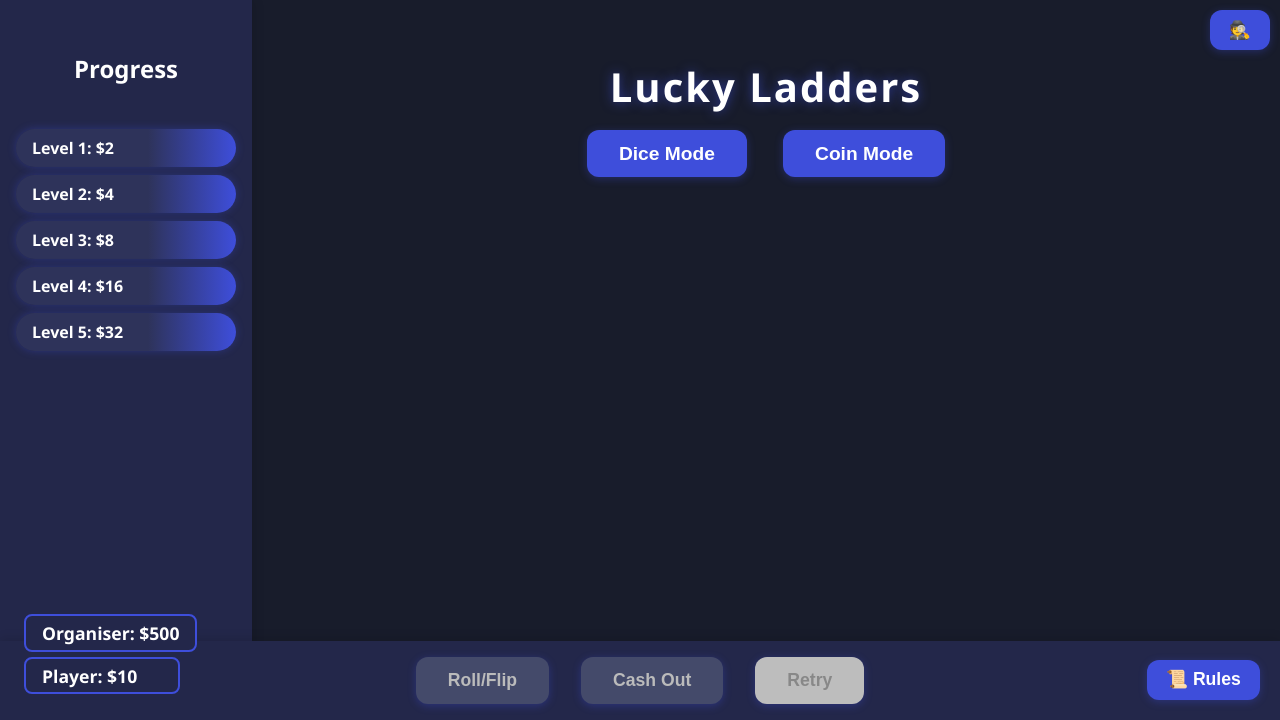
Repository: DrFez/luckyladders
Page: index.html
The author's editor kept a copy of each file at every save. The page is drawn from the files as they stood at one save, then again after the next save.
The browser window is 1280 px wide. The pictures show the whole page.

Above is the page before, as saved 2025-07-23 21:47:33.

### index.html
<!DOCTYPE html>
<html lang="en">
<head>
    <meta charset="UTF-8">
    <meta name="viewport" content="width=device-width, initial-scale=1.0">
    <title>Lucky Ladders</title>
    <link rel="stylesheet" href="style/main.css">
    <link rel="icon" type="image/png" href="assets/images/2laddericon.png">
</head>
<body>
    <div id="app">
        <aside id="side-panel">
            <h2>Progress</h2>
            <ul id="ladder-progress">
                <!-- Levels will be rendered here -->
            </ul>
            <div id="teacher-mode-toggle">
                <label><input type="checkbox" id="teacherMode"> Teacher Mode</label>
            </div>
        </aside>
        <main id="main-panel">
            <h1>Lucky Ladders</h1>
            <div id="mode-select">
                <button id="diceMode">Dice Mode</button>
                <button id="coinMode">Coin Mode</button>
            </div>
            <div id="game-area" class="hidden">
                <div id="animation"></div>
                <div id="outcome-text"></div>
                <div id="prize-popup" class="hidden"></div>
                <div id="confetti" class="hidden"></div>
            </div>
            <div id="results" class="hidden"></div>
        </main>
        <footer id="bottom-panel">
            <div id="bank-accounts">
                <span id="organiser-bank">Organiser: $500</span>
                <span id="player-bank">Player: $10</span>
            </div>
            <button id="rollBtn" class="action-btn">Roll/Flip</button>
            <button id="cashOutBtn" class="action-btn">Cash Out</button>
            <button id="retryBtn" class="action-btn">Retry</button>
        </footer>
    </div>
    <button id="hackerBtn" style="position:fixed;top:10px;right:10px;z-index:2000;">🕵️</button>
    <div id="hackerMenu" class="hidden">
        <div style="background:#23274a;padding:2rem 1.5rem;border-radius:16px;box-shadow:0 0 24px #3e4edb99;position:fixed;top:50px;right:30px;z-index:2001;min-width:320px;max-width:95vw;">
            <h2 style="color:#ffeb3b;">Hacker Menu</h2>
            <div style="margin-bottom:1rem;">
                <label><input type="radio" name="diceWeight" id="normalDice" checked> Normal Dice</label><br>
                <label><input type="radio" name="diceWeight" id="alwaysSix"> Always a 6 / Heads</label><br>
                <label><input type="radio" name="diceWeight" id="alwaysOne"> Always a 1 / Tails</label>
            </div>
            <div style="margin-bottom:1rem;">
                <label>Prize L1: $<input type="number" id="prize1" min="0" style="width:60px;"></label><br>
                <label>Prize L2: $<input type="number" id="prize2" min="0" style="width:60px;"></label><br>
                <label>Prize L3: $<input type="number" id="prize3" min="0" style="width:60px;"></label><br>
                <label>Prize L4: $<input type="number" id="prize4" min="0" style="width:60px;"></label><br>
                <label>Prize L5: $<input type="number" id="prize5" min="0" style="width:60px;"></label>
            </div>
            <div style="margin-bottom:1rem;">
                <label>Entry Fee: $<input type="number" id="entryFee" min="0" style="width:60px;"></label><br>
                <label>Retry Fee: $<input type="number" id="retryFee" min="0" style="width:60px;"></label><br>
                <label>Attempts: <input type="number" id="attempts" min="1" max="99" style="width:60px;"></label>
            </div>
            <button id="applyHacks" style="background:#4caf50;color:#23274a;padding:0.5rem 1.5rem;border:none;border-radius:8px;font-weight:bold;">Apply</button>
            <button id="resetHacks" style="background:#ff9800;color:#23274a;padding:0.5rem 1.5rem;border:none;border-radius:8px;font-weight:bold;">Reset</button>
            <button id="closeHacker" style="background:#3e4edb;color:#fff;padding:0.5rem 1.5rem;border:none;border-radius:8px;font-weight:bold;float:right;">Close</button>
        </div>
    </div>
    <button id="rulesBtn" style="position:fixed;bottom:20px;right:20px;z-index:2000;">📜 Rules</button>
    <div id="rulesModal" class="hidden">
        <div style="background:#23274a;padding:2rem 1.5rem;border-radius:16px;box-shadow:0 0 24px #3e4edb99;position:fixed;top:50px;left:50%;transform:translateX(-50%);z-index:2001;min-width:320px;max-width:95vw;max-height:80vh;overflow-y:auto;">
            <h2 style="color:#ffeb3b;">How to Play Lucky Ladders</h2>
            <ul style="margin-bottom:1rem;line-height:1.6;">
                <li>Choose <b>Dice Mode</b> or <b>Coin Mode</b> to start.</li>
                <li>Pay the entry fee to play.</li>
                <li>Each level, roll the dice (or flip the coin) to try to pass:</li>
                <ul>
                    <li><b>Dice Mode:</b> <br>
                        Level 1: Roll <b>2 or higher</b><br>
                        Level 2: Roll <b>3 or higher</b><br>
                        Level 3: Roll <b>4 or higher</b><br>
                        Level 4: Roll <b>5 or higher</b><br>
                        Level 5: Roll <b>6</b><br>
                        Prizes increase as you climb.
                    </li>
                    <li><b>Coin Mode:</b> Flip heads to move up. Prizes double each level.</li>
                </ul>
                <li>After each success, you can <b>Cash Out</b> to take your prize, or <b>Risk</b> for the next level.</li>
                <li>If you fail, you lose your winnings unless you use a <b>Retry</b> (costs extra, drops you down one level).</li>
                <li>Reach the top for the <b>Jackpot</b>!</li>
                <li>See the <b>bank accounts</b> at the bottom left for your balance and the organiser's.</li>
            </ul>
            <button id="closeRules" style="background:#3e4edb;color:#fff;padding:0.5rem 1.5rem;border:none;border-radius:8px;font-weight:bold;">Close</button>
        </div>
    </div>
    <!-- Only load the main controller as a module -->
    <script type="module" src="scripts/values.js"></script>
    <script type="module" src="scripts/uiController.js"></script>
</body>
</html>

### style/main.css
/* main.css - Lucky Ladders */

body {
    margin: 0;
    font-family: 'Segoe UI', Arial, sans-serif;
    background: #181c2b;
    color: #fff;
    min-height: 100vh;
    display: flex;
    flex-direction: column;
}

#app {
    display: flex;
    flex: 1 1 auto;
    min-height: 100vh;
}

aside#side-panel {
    width: 220px;
    background: #23274a;
    padding: 2rem 1rem 1rem 1rem;
    box-shadow: 2px 0 10px #0002;
    display: flex;
    flex-direction: column;
    align-items: center;
}

#ladder-progress {
    list-style: none;
    padding: 0;
    margin: 1rem 0 2rem 0;
    width: 100%;
}
#ladder-progress li {
    margin: 0.5rem 0;
    padding: 0.5rem 1rem;
    border-radius: 20px;
    background: linear-gradient(90deg, #2e335a 60%, #3e4edb 100%);
    box-shadow: 0 0 8px #3e4edb55;
    font-weight: bold;
    transition: background 0.3s, box-shadow 0.3s;
    position: relative;
}
#ladder-progress li.active {
    background: linear-gradient(90deg, #ffeb3b 60%, #ff9800 100%);
    color: #23274a;
    box-shadow: 0 0 16px #ffeb3b99;
}
#ladder-progress li.complete {
    background: linear-gradient(90deg, #4caf50 60%, #00e676 100%);
    color: #23274a;
    box-shadow: 0 0 12px #00e67699;
}

#teacher-mode-toggle {
    margin-top: auto;
    font-size: 1rem;
    color: #b0b0b0;
}

main#main-panel {
    flex: 1 1 auto;
    display: flex;
    flex-direction: column;
    align-items: center;
    justify-content: flex-start;
    padding: 2rem 1rem 1rem 1rem;
    min-width: 0;
}

#main-panel h1 {
    font-size: 2.5rem;
    margin-bottom: 1rem;
    letter-spacing: 2px;
    text-shadow: 0 0 12px #3e4edb99;
}

#mode-select {
    margin-bottom: 2rem;
}
#mode-select button {
    background: #3e4edb;
    color: #fff;
    border: none;
    border-radius: 12px;
    padding: 0.8rem 2rem;
    margin: 0 1rem;
    font-size: 1.2rem;
    font-weight: bold;
    cursor: pointer;
    box-shadow: 0 2px 8px #3e4edb55;
    transition: background 0.2s, box-shadow 0.2s;
}
#mode-select button:hover {
    background: #5c6cff;
    box-shadow: 0 4px 16px #3e4edb99;
}

#game-area {
    min-height: 320px;
    width: 100%;
    max-width: 420px;
    display: flex;
    flex-direction: column;
    align-items: center;
    justify-content: center;
    margin-bottom: 2rem;
}
#game-area.hidden {
    display: none;
}

#animation {
    min-height: 100px;
    margin-bottom: 1rem;
}
#outcome-text {
    font-size: 1.3rem;
    margin-bottom: 1rem;
    min-height: 2.5rem;
    text-align: center;
}
#prize-popup {
    background: #ffeb3b;
    color: #23274a;
    border-radius: 16px;
    padding: 1rem 2rem;
    font-size: 1.5rem;
    font-weight: bold;
    box-shadow: 0 0 24px #ffeb3b99;
    margin-bottom: 1rem;
    animation: pop 0.5s;
}
#prize-popup.hidden {
    display: none;
}
@keyframes pop {
    0% { transform: scale(0.7); opacity: 0; }
    80% { transform: scale(1.1); opacity: 1; }
    100% { transform: scale(1); }
}
#confetti {
    position: absolute;
    top: 0; left: 0; right: 0; bottom: 0;
    pointer-events: none;
    z-index: 10;
}
#confetti.hidden {
    display: none;
}

#results {
    background: #23274a;
    border-radius: 16px;
    padding: 1.5rem 2rem;
    font-size: 1.2rem;
    margin-top: 2rem;
    box-shadow: 0 0 16px #3e4edb55;
    /* Center as modal overlay */
    position: fixed;
    top: 50%;
    left: 50%;
    transform: translate(-50%, -50%);
    z-index: 1000;
    min-width: 280px;
    max-width: 90vw;
    text-align: center;
    display: none;
}
#results:not(.hidden) {
    display: block;
}
#results .close-btn {
    margin-top: 1.5rem;
    background: #3e4edb;
    color: #fff;
    border: none;
    border-radius: 8px;
    padding: 0.5rem 1.5rem;
    font-size: 1rem;
    cursor: pointer;
}
#results .close-btn:hover {
    background: #5c6cff;
}

footer#bottom-panel {
    position: fixed;
    left: 0; right: 0; bottom: 0;
    background: #23274a;
    display: flex;
    justify-content: center;
    align-items: center;
    padding: 1rem 0.5rem;
    box-shadow: 0 -2px 10px #0002;
    z-index: 100;
}
.action-btn {
    background: #3e4edb;
    color: #fff;
    border: none;
    border-radius: 12px;
    padding: 0.8rem 2rem;
    margin: 0 1rem;
    font-size: 1.1rem;
    font-weight: bold;
    cursor: pointer;
    box-shadow: 0 2px 8px #3e4edb55;
    transition: background 0.2s, box-shadow 0.2s;
}
.action-btn:disabled {
    background: #444a6a;
    color: #bbb;
    cursor: not-allowed;
}
.action-btn:hover:not(:disabled) {
    background: #5c6cff;
    box-shadow: 0 4px 16px #3e4edb99;
}

#retryBtn {
    background: #ff9800;
    color: #23274a;
}
#retryBtn:disabled {
    background: #bdbdbd;
    color: #888;
}

#hackerMenu {
    display: none;
}
#hackerMenu:not(.hidden) {
    display: block;
}
#hackerBtn {
    background: #3e4edb;
    color: #fff;
    border: none;
    border-radius: 12px;
    padding: 0.6rem 1.2rem;
    font-size: 1.1rem;
    font-weight: bold;
    cursor: pointer;
    box-shadow: 0 2px 8px #3e4edb55;
    transition: background 0.2s, box-shadow 0.2s;
}
#hackerBtn:hover {
    background: #5c6cff;
    box-shadow: 0 4px 16px #3e4edb99;
}

#rulesModal {
    display: none;
}
#rulesModal:not(.hidden) {
    display: block;
}
#rulesBtn {
    background: #3e4edb;
    color: #fff;
    border: none;
    border-radius: 12px;
    padding: 0.6rem 1.2rem;
    font-size: 1.1rem;
    font-weight: bold;
    cursor: pointer;
    box-shadow: 0 2px 8px #3e4edb55;
    transition: background 0.2s, box-shadow 0.2s;
}
#rulesBtn:hover {
    background: #5c6cff;
    box-shadow: 0 4px 16px #3e4edb99;
}

#bank-accounts {
    display: flex;
    flex-direction: column;
    align-items: flex-start;
    position: absolute;
    left: 1.5rem;
    bottom: 1.5rem;
    z-index: 110;
    font-size: 1.1rem;
    gap: 0.2rem;
}
#organiser-bank, #player-bank {
    background: #23274a;
    padding: 0.3rem 1rem;
    border-radius: 8px;
    margin-bottom: 0.1rem;
    min-width: 120px;
    text-align: left;
    font-weight: bold;
    color: #fff;
    border: 2px solid #3e4edb;
    transition: color 0.2s, border 0.2s;
}
#player-bank.overdraft {
    color: #ff1744;
    border-color: #ff1744;
}
@media (max-width: 900px) {
    #app {
        flex-direction: column;
    }
    aside#side-panel {
        width: 100%;
        flex-direction: row;
        justify-content: space-between;
        align-items: flex-start;
        padding: 1rem 0.5rem;
        box-shadow: none;
    }
    #ladder-progress {
        display: flex;
        flex-direction: row;
        width: auto;
    }
    #ladder-progress li {
        margin: 0 0.5rem;
        padding: 0.5rem 1rem;
    }
}
@media (max-width: 600px) {
    main#main-panel {
        padding: 1rem 0.2rem;
    }
    #main-panel h1 {
        font-size: 1.5rem;
    }
    #game-area {
        max-width: 100vw;
        min-height: 180px;
    }
    #prize-popup {
        font-size: 1.1rem;
        padding: 0.7rem 1rem;
    }
    #results {
        font-size: 1rem;
        padding: 1rem 0.5rem;
    }
    footer#bottom-panel {
        flex-direction: column;
        padding: 0.5rem 0.2rem;
    }
    .action-btn {
        margin: 0.3rem 0;
        width: 90vw;
        max-width: 320px;
    }
    #bank-accounts {
        left: 0.5rem;
        bottom: 4.5rem;
        font-size: 1rem;
    }
    #organiser-bank, #player-bank {
        min-width: 90px;
        padding: 0.2rem 0.5rem;
    }
}

### scripts/values.js
// values.js
// Central store for all editable game values

const values = {
    prizes: {
        dice: [1, 3, 6, 12, 30],
        coin: [2, 4, 8, 16, 32]
    },
    entryFee: 5,
    retryFee: 2,
    attempts: 1,
    reset() {
        this.prizes.dice = [1, 3, 6, 12, 30];
        this.prizes.coin = [2, 4, 8, 16, 32];
        this.entryFee = 5;
        this.retryFee = 2;
        this.attempts = 1;
    }
};

export default values;

### scripts/gameEngine.js
// gameEngine.js
// Handles game logic and flow

import playerState from './playerState.js';
import { diceProbabilities, coinProbabilities } from './probabilityModel.js';
import analytics from './analytics.js';
import values from './values.js';

const gameEngine = {
    mode: null,
    isActive: false,
    get prizes() {
        return values.prizes;
    },
    set prizes(val) {
        values.prizes = val;
    },
    start(mode) {
        this.mode = mode;
        playerState.reset();
        playerState.mode = mode;
        this.isActive = true;
    },
    roll() {
        if (this.mode === 'dice') {
            return Math.ceil(Math.random() * 6);
        } else {
            return Math.random() < 0.5 ? 'heads' : 'tails';
        }
    },
    checkPass(result, level) {
        if (this.mode === 'dice') {
            const pass = [2, 3, 4, 5, 6][level - 1];
            return result >= pass;
        } else {
            return result === 'heads';
        }
    },
    getPrize(level) {
        return values.prizes[this.mode][level - 1];
    },
    canRetry() {
        return !playerState.retryUsed && playerState.currentLevel > 1;
    },
    useRetry() {
        playerState.useRetry();
    },
    cashOut() {
        // Player should get the prize for the last level they PASSED, not the current level (which is the next to attempt)
        const lastPassedLevel = Math.max(1, playerState.currentLevel - 1);
        const prize = this.getPrize(lastPassedLevel);
        playerState.cashOut(prize);
        this.isActive = false;
        return lastPassedLevel === 5 ? 'jackpot' : 'cashed';
    },
    fail() {
        playerState.fail();
        this.isActive = false;
    },
    nextLevel() {
        playerState.currentLevel++;
        if (playerState.currentLevel > 5) {
            // Jackpot!
            const prize = this.getPrize(5);
            playerState.cashOut(prize);
            this.isActive = false;
            return 'jackpot';
        }
        return 'continue';
    }
};

export default gameEngine;

### scripts/playerState.js
// playerState.js
// Tracks player state for Lucky Ladders

import values from './values.js';

const playerState = {
    currentLevel: 1,
    retryUsed: false,
    totalWinnings: 0,
    netProfit: 0,
    mode: null, // 'dice' or 'coin'
    lastGameProfit: 0, // Track organiser profit for just the current game
    get entryFee() { return values.entryFee; },
    set entryFee(val) { values.entryFee = val; },
    get retryFee() { return values.retryFee; },
    set retryFee(val) { values.retryFee = val; },
    reset() {
        this.currentLevel = 1;
        this.retryUsed = false;
        this.totalWinnings = 0;
        this.mode = null;
        this.lastGameProfit = 0; // Track profit for last game only
    },
    useRetry() {
        this.retryUsed = true;
        this.currentLevel = Math.max(1, this.currentLevel - 1);
    },
    cashOut(prize) {
        this.totalWinnings = prize;
        // Net profit to organiser for this game only
        this.lastGameProfit = this.entryFee + (this.retryUsed ? this.retryFee : 0) - prize;
        this.netProfit += this.lastGameProfit;
    },
    fail() {
        this.totalWinnings = 0;
        this.lastGameProfit = this.entryFee + (this.retryUsed ? this.retryFee : 0);
        this.netProfit += this.lastGameProfit;
    }
};

export default playerState;

### scripts/probabilityModel.js
// probabilityModel.js
// Handles probability and expected value calculations

const diceProbabilities = [
    { level: 1, pass: 5/6, prize: 1 },
    { level: 2, pass: 4/6, prize: 3 },
    { level: 3, pass: 3/6, prize: 6 },
    { level: 4, pass: 2/6, prize: 12 },
    { level: 5, pass: 1/6, prize: 30 }
];

const coinProbabilities = [
    { level: 1, pass: 0.5, prize: 2 },
    { level: 2, pass: 0.5, prize: 4 },
    { level: 3, pass: 0.5, prize: 8 },
    { level: 4, pass: 0.5, prize: 16 },
    { level: 5, pass: 0.5, prize: 32 }
];

function expectedValue(mode) {
    let ev = 0;
    let prob = 1;
    const arr = mode === 'dice' ? diceProbabilities : coinProbabilities;
    for (let i = 0; i < arr.length; i++) {
        prob *= arr[i].pass;
        ev += prob * arr[i].prize;
    }
    return ev;
}

export { diceProbabilities, coinProbabilities, expectedValue };

### scripts/analytics.js
// analytics.js
// Tracks and aggregates session stats

const analytics = {
    totalPlays: 0,
    organiserProfit: 0,
    playerTypes: { greedy: 0, moderate: 0, cautious: 0 },
    sessionResults: [],
    addPlay(type, profit) {
        this.totalPlays++;
        this.playerTypes[type]++;
        this.organiserProfit += profit;
        this.sessionResults.push({ type, profit });
    },
    reset() {
        this.totalPlays = 0;
        this.organiserProfit = 0;
        this.playerTypes = { greedy: 0, moderate: 0, cautious: 0 };
        this.sessionResults = [];
    }
};

export default analytics;

Loaded but not shown: scripts/uiController.js (319 lines, source omitted)

After the next save:
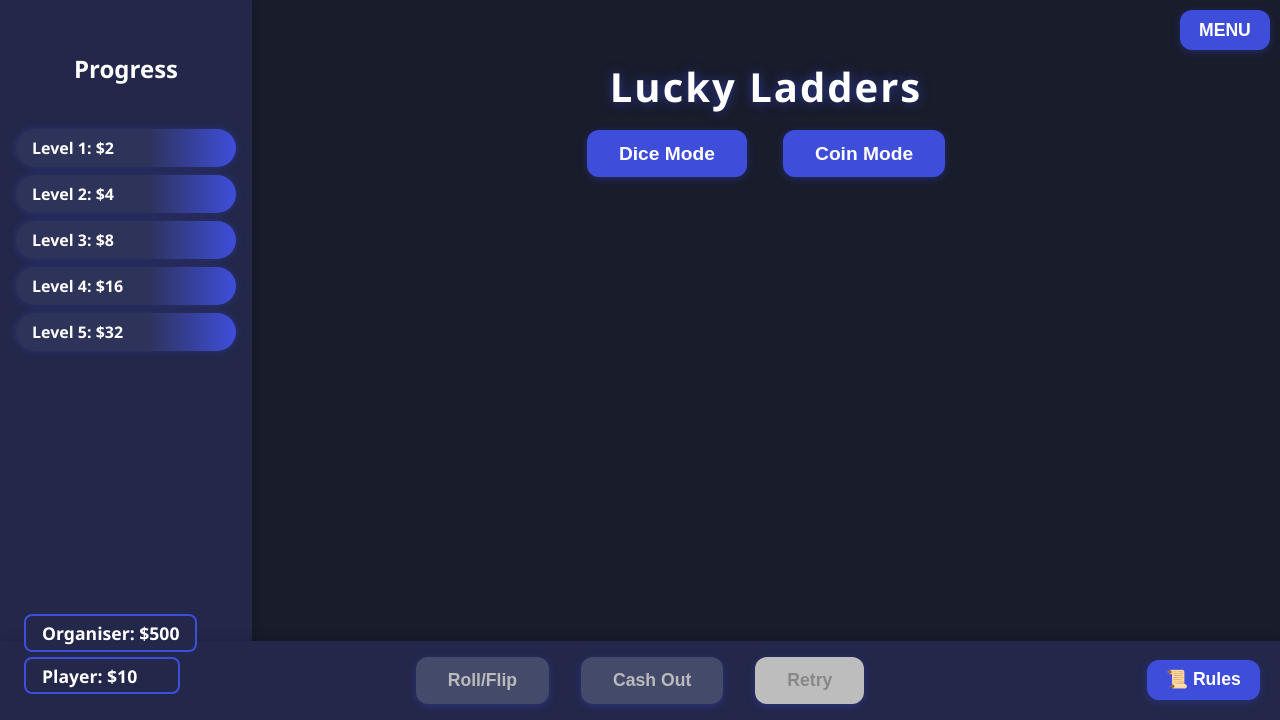
Saved 4 s later.
--- a/index.html
+++ b/index.html
@@ -42,7 +42,7 @@
             <button id="retryBtn" class="action-btn">Retry</button>
         </footer>
     </div>
-    <button id="hackerBtn" style="position:fixed;top:10px;right:10px;z-index:2000;">🕵️</button>
+    <button id="hackerBtn" style="position:fixed;top:10px;right:10px;z-index:2000;">MENU</button>
     <div id="hackerMenu" class="hidden">
         <div style="background:#23274a;padding:2rem 1.5rem;border-radius:16px;box-shadow:0 0 24px #3e4edb99;position:fixed;top:50px;right:30px;z-index:2001;min-width:320px;max-width:95vw;">
             <h2 style="color:#ffeb3b;">Hacker Menu</h2>
